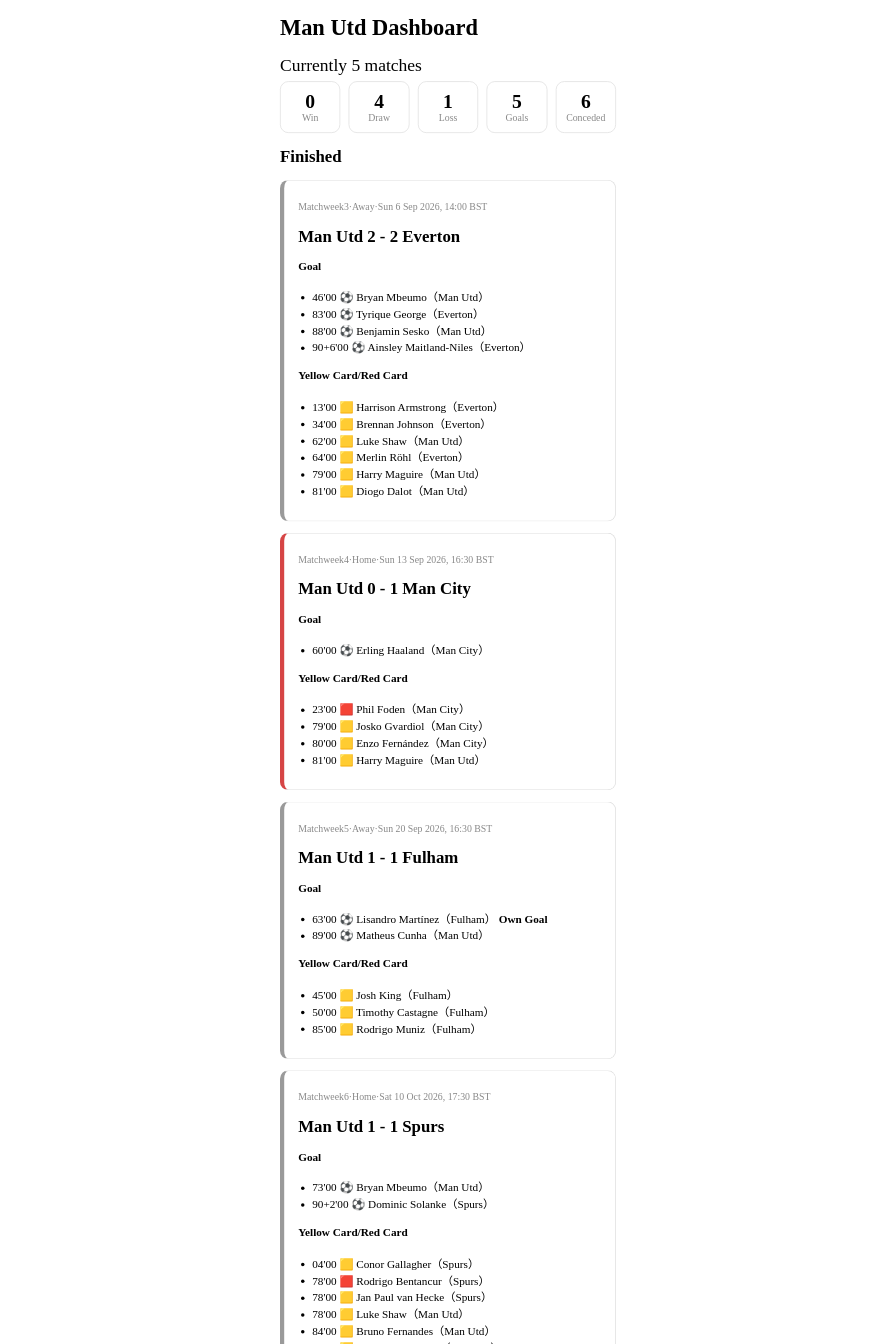
Repository: Chengyu0814/Premier-League-Dashboard
Page: / (app in frontend/)
These files come from the project's save history. The page is drawn as it stood at one moment and after the next save; the edit follows.
The browser window is 1280 px wide. The pictures show the part of the page from y = 0 to 1920 px (the page is 2932 px tall before and 720 px after), at 70% of full size.
The project was rebuilt for these pictures with package versions that can differ from the ones it lists, and the page was loaded fresh each time. Also part of the build but not shown: frontend/vite.config.js.

Above is the page before, as saved 2026-10-27 14:41:40.

### frontend/src/App.jsx
import PremierLeague from'./PremierLeague.jsx';
import "./index.css";

function App() {

  return (
    <>
    <PremierLeague/>
    </>
)
}

export default App

### frontend/src/PremierLeague.jsx
import { useState, useEffect } from 'react'
import MatchCard from './MatchCard.jsx'
import Summary from './Summary.jsx'

function PremierLeague() {

  const [matches, setMatches] = useState([])
  const [loading, setLoading] = useState(true)
  const [error, setError] = useState(null)

  useEffect(() => {
    fetch('/man_utd_summary.json')
      .then((res) => {
        if (!res.ok) throw new Error(`HTTP ${res.status}`)
        return res.json()
      })
      .then((data) => {setMatches(data)})
      .catch((err) => setError(err.message))
      .finally(() => setLoading(false))
    }, [])

  if (loading) return <div className="dashboard"><p>載入中…</p></div>
  if (error) return <div className="dashboard"><p className="error">讀取資料失敗：{error}</p></div>

  const finished = matches.filter((m) => m.status === 'C')
  const upcoming = matches.filter((m) => m.status === 'U')

  return (
    <div className="dashboard">
    <h1>Man Utd Dashboard</h1>
    <Summary matches={finished}/>
     <h2>Finished</h2>
    {finished.map(
      (m) =>(<MatchCard key={m.gameweek} match={m} />)
    )}
    <h2>Upcoming</h2>
    {upcoming.map((m) => <MatchCard key={m.gameweek} match={m} />)}
    </div>
)
}

export default PremierLeague

### frontend/src/index.css
.dashboard {
    max-width: 480px;
    margin: 0 auto;
    padding: 0 16px;
}

.match-card{
    border: 1px solid #ddd;
    border-radius: 12px;
    padding: 16px 20px;
    margin: 16px 0;
    max-width: 480px;
    text-align: left;
}

.match-card.result-W { border-left: 6px solid #2e9e5b; }
.match-card.result-D { border-left: 6px solid #9a9a9a; }
.match-card.result-L { border-left: 6px solid #d64545; }

.match-card .kickoff{
    color: #888;
    font-size: 14px;
}

.match-card ul{
    padding-left: 20px;
}

.summary {
    display: flex;
    gap: 12px;
    max-width: 480px;
}
.stat {
    flex: 1;
    border: 1px solid #ddd;
    border-radius: 12px;
    padding: 12px 0;
    text-align: center;
}
.stat-value {
    font-size: 28px;
    font-weight: bold;
}
.stat-label {
    color: #888;
    font-size: 14px;
}
.match-card.upcoming {
    border-style: dashed;
  }

.match-count {
    color: black;
    font-size: 25px;
    margin-bottom: 8px;
    text-align: left;
}
.error {
  color: #d64545;
}

### frontend/src/MatchCard.jsx
import { getSides, getResult } from './matchUtils.js'

const CARD_LABEL = { Y: '🟨', R: '🟥', YR: '🟨🟥' }

function MatchCard({ match }) {
  const { gameweek, kickoff, status, goals, cards } = match
  const { isHome, us, them } = getSides(match)
  const venue = isHome ? 'Home' : 'Away'

  if (status !== 'C') {
  return (
    <div className="match-card upcoming">
      <p className="kickoff">Matchweek{gameweek}·{venue}·{kickoff}</p>
      <h2>{us.team} vs {them.team}</h2>
    </div>
  )
  }
  const { result } = getResult(match)
  return (
  <div className={`match-card result-${result}`}>
    <p className="kickoff">Matchweek{gameweek}·{venue}·{kickoff}</p>
    <h2>{us.team} {us.score} - {them.score} {them.team}</h2>

    <h4>Goal</h4>
    <ul>
    {goals.map((g, i) => (
      <li key={i}>
        {g.time} ⚽ {g.player}（{g.team}）
        {g.type === 'O' && <strong> Own Goal</strong>}
        {g.type === 'P' && <strong> Penalty</strong>}
      </li>
      ))}

    </ul>
    <h4>Yellow Card/Red Card</h4>
    <ul>
      {cards.map((c, i) => (
        <li key={i}>
          {c.time} {CARD_LABEL[c.card]} {c.player}（{c.team}）
        </li>
    ))}
    </ul>
  </div>
  )
}

export default MatchCard

### frontend/src/Summary.jsx
import { getResult } from './matchUtils.js'

function Summary({ matches }) {
    let win = 0, draw = 0, loss = 0, goalsFor = 0, goalsAgainst = 0

    for (const m of matches) {

        const {us, them, result} = getResult(m)

        goalsFor += us.score
        goalsAgainst += them.score
        if (result==="W") win++
        else if (result==="D") draw++
        else loss++
    }

    const stats = [
        { label: 'Win', value: win },
        { label: 'Draw', value: draw },
        { label: 'Loss', value: loss },
        { label: 'Goals', value: goalsFor },
        { label: 'Conceded', value: goalsAgainst }
    ]

    return (
    <div>
    <div className="match-count">Currently {matches.length} matches</div>
    <div className="summary">
        {stats.map((s) => (
        <div key={s.label} className="stat">
            <div className="stat-value">{s.value}</div>
            <div className="stat-label">{s.label}</div>
        </div>
        ))}
    </div>
    </div>
    )
}

export default Summary

### frontend/src/matchUtils.js
export const TEAM = 'Man Utd'

export function getSides(match) {
    const isHome = match.home.team === TEAM
    const us = isHome ? match.home : match.away
    const them = isHome ? match.away : match.home
    return { isHome, us, them }
}

export function getResult(match) {
    const { us, them } = getSides(match)

    let result = 'D'
    if (us.score > them.score) result = 'W'
    else if (us.score < them.score) result = 'L'

    return { us, them, result }
}

### frontend/public/man_utd_summary.json
[
  {
    "gameweek": 3,
    "kickoff": "Sun 6 Sep 2026, 14:00 BST",
    "status": "C",
    "home": {
      "team": "Everton",
      "score": 2
    },
    "away": {
      "team": "Man Utd",
      "score": 2
    },
    "goals": [
      {
        "time": "46'00",
        "team": "Man Utd",
        "player": "Bryan Mbeumo",
        "type": "G"
      },
      {
        "time": "83'00",
        "team": "Everton",
        "player": "Tyrique George",
        "type": "G"
      },
      {
        "time": "88'00",
        "team": "Man Utd",
        "player": "Benjamin Sesko",
        "type": "G"
      },
      {
        "time": "90+6'00",
        "team": "Everton",
        "player": "Ainsley Maitland-Niles",
        "type": "G"
      }
    ],
    "cards": [
      {
        "time": "13'00",
        "team": "Everton",
        "player": "Harrison Armstrong",
        "card": "Y"
      },
      {
        "time": "34'00",
        "team": "Everton",
        "player": "Brennan Johnson",
        "card": "Y"
      },
      {
        "time": "62'00",
        "team": "Man Utd",
        "player": "Luke Shaw",
        "card": "Y"
      },
      {
        "time": "64'00",
        "team": "Everton",
        "player": "Merlin Röhl",
        "card": "Y"
      },
      {
        "time": "79'00",
        "team": "Man Utd",
        "player": "Harry Maguire",
        "card": "Y"
      },
      {
        "time": "81'00",
        "team": "Man Utd",
        "player": "Diogo Dalot",
        "card": "Y"
      }
    ]
  },
  {
    "gameweek": 4,
    "kickoff": "Sun 13 Sep 2026, 16:30 BST",
    "status": "C",
    "home": {
      "team": "Man Utd",
      "score": 0
    },
    "away": {
      "team": "Man City",
      "score": 1
    },
    "goals": [
      {
        "time": "60'00",
        "team": "Man City",
        "player": "Erling Haaland",
        "type": "G"
      }
    ],
    "cards": [
      {
        "time": "23'00",
        "team": "Man City",
        "player": "Phil Foden",
        "card": "R"
      },
      {
        "time": "79'00",
        "team": "Man City",
        "player": "Josko Gvardiol",
        "card": "Y"
      },
      {
        "time": "80'00",
        "team": "Man City",
        "player": "Enzo Fernández",
        "card": "Y"
      },
      {
        "time": "81'00",
        "team": "Man Utd",
        "player": "Harry Maguire",
        "card": "Y"
      }
    ]
  },
  {
    "gameweek": 5,
    "kickoff": "Sun 20 Sep 2026, 16:30 BST",
    "status": "C",
    "home": {
      "team": "Fulham",
      "score": 1
    },
    "away": {
      "team": "Man Utd",
      "score": 1
    },
    "goals": [
      {
        "time": "63'00",
        "team": "Fulham",
        "player": "Lisandro Martínez",
        "type": "O"
      },
      {
        "time": "89'00",
        "team": "Man Utd",
        "player": "Matheus Cunha",
        "type": "G"
      }
    ],
    "cards": [
      {
        "time": "45'00",
        "team": "Fulham",
        "player": "Josh King",
        "card": "Y"
      },
      {
        "time": "50'00",
        "team": "Fulham",
        "player": "Timothy Castagne",
        "card": "Y"
      },
      {
        "time": "85'00",
        "team": "Fulham",
        "player": "Rodrigo Muniz",
        "card": "Y"
      }
    ]
  },
  {
    "gameweek": 6,
    "kickoff": "Sat 10 Oct 2026, 17:30 BST",
    "status": "C",
    "home": {
      "team": "Man Utd",
      "score": 1
    },
    "away": {
      "team": "Spurs",
      "score": 1
    },
    "goals": [
      {
        "time": "73'00",
        "team": "Man Utd",
        "player": "Bryan Mbeumo",
        "type": "G"
      },
      {
        "time": "90+2'00",
        "team": "Spurs",
        "player": "Dominic Solanke",
        "type": "G"
      }
    ],
    "cards": [
      {
        "time": "04'00",
        "team": "Spurs",
        "player": "Conor Gallagher",
        "card": "Y"
      },
      {
        "time": "78'00",
        "team": "Spurs",
        "player": "Rodrigo Bentancur",
        "card": "R"
      },
      {
        "time": "78'00",
        "team": "Spurs",
        "player": "Jan Paul van Hecke",
        "card": "Y"
      },
      {
        "time": "78'00",
        "team": "Man Utd",
        "player": "Luke Shaw",
        "card": "Y"
      },
      {
        "time": "84'00",
        "team": "Man Utd",
        "player": "Bruno Fernandes",
        "card": "Y"
      },
      {
        "time": "87'00",
        "team": "Man Utd",
        "player": "Lisandro Martínez",
        "card": "Y"
      },
      {
        "time": "90+6'00",
        "team": "Man Utd",
        "player": "Diogo Dalot",
        "card": "Y"
      },
      {
        "time": "90+8'00",
        "team": "Spurs",
        "player": "Archie Gray",
        "card": "Y"
      }
    ]
  },
  {
    "gameweek": 7,
    "kickoff": "Sun 18 Oct 2026, 14:00 BST",
    "status": "C",
    "home": {
      "team": "Leeds",
      "score": 1
    },
    "away": {
      "team": "Man Utd",
      "score": 1
    },
    "goals": [
      {
        "time": "35'00",
        "team": "Man Utd",
        "player": "Bryan Mbeumo",
        "type": "G"
      },
      {
        "time": "51'00",
        "team": "Leeds",
        "player": "Dominic Calvert-Lewin",
        "type": "G"
      }
    ],
    "cards": [
      {
        "time": "17'00",
        "team": "Man Utd",
        "player": "Bruno Fernandes",
        "card": "Y"
      },
      {
        "time": "19'00",
        "team": "Leeds",
        "player": "Gabriel Gudmundsson",
        "card": "Y"
      },
      {
        "time": "90+2'00",
        "team": "Man Utd",
        "player": "Andrey Santos",
        "card": "Y"
      },
      {
        "time": "90+2'00",
        "team": "Leeds",
        "player": "Ethan Ampadu",
        "card": "Y"
      }
    ]
  },
  {
    "gameweek": 8,
    "kickoff": "Sun 25 Oct 2026, 14:00 GMT",
    "status": "U",
    "home": {
      "team": "Man Utd",
      "score": null
    },
    "away": {
      "team": "Bournemouth",
      "score": null
    },
    "goals": [],
    "cards": []
  },
  {
    "gameweek": 9,
    "kickoff": "Sat 31 Oct 2026, 12:30 GMT",
    "status": "U",
    "home": {
      "team": "Chelsea",
      "score": null
    },
    "away": {
      "team": "Man Utd",
      "score": null
    },
    "goals": [],
    "cards": []
  },
  {
    "gameweek": 10,
    "kickoff": "Sun 8 Nov 2026, 16:30 GMT",
    "status": "U",
    "home": {
      "team": "Man Utd",
      "score": null
    },
    "away": {
      "team": "Aston Villa",
      "score": null
    },
    "goals": [],
    "cards": []
  }
]

Loaded but not shown: frontend/index.html (common file); frontend/src/main.jsx (common file)

After the next save:
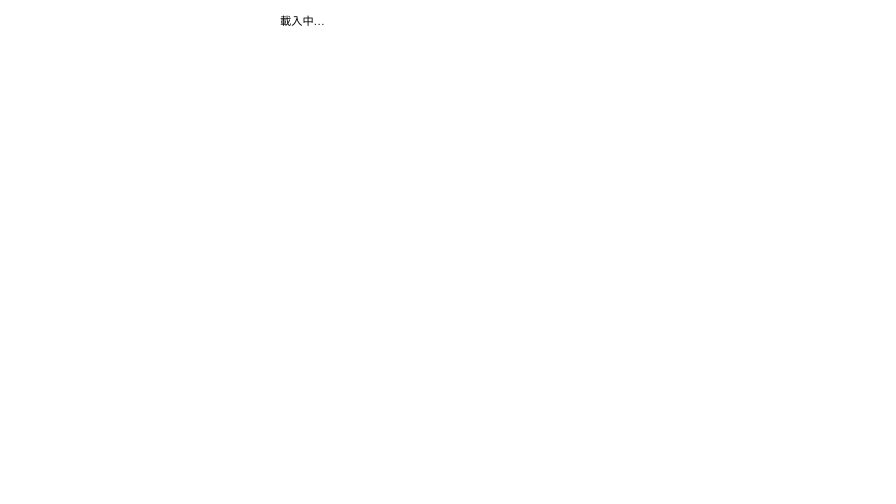
Saved 15 s later.
--- a/frontend/src/PremierLeague.jsx
+++ b/frontend/src/PremierLeague.jsx
@@ -16,7 +16,7 @@
       })
       .then((data) => {setMatches(data)})
       .catch((err) => setError(err.message))
-      .finally(() => setLoading(false))
+      //.finally(() => setLoading(false))
     }, [])
 
   if (loading) return <div className="dashboard"><p>載入中…</p></div>

After the save that followed:
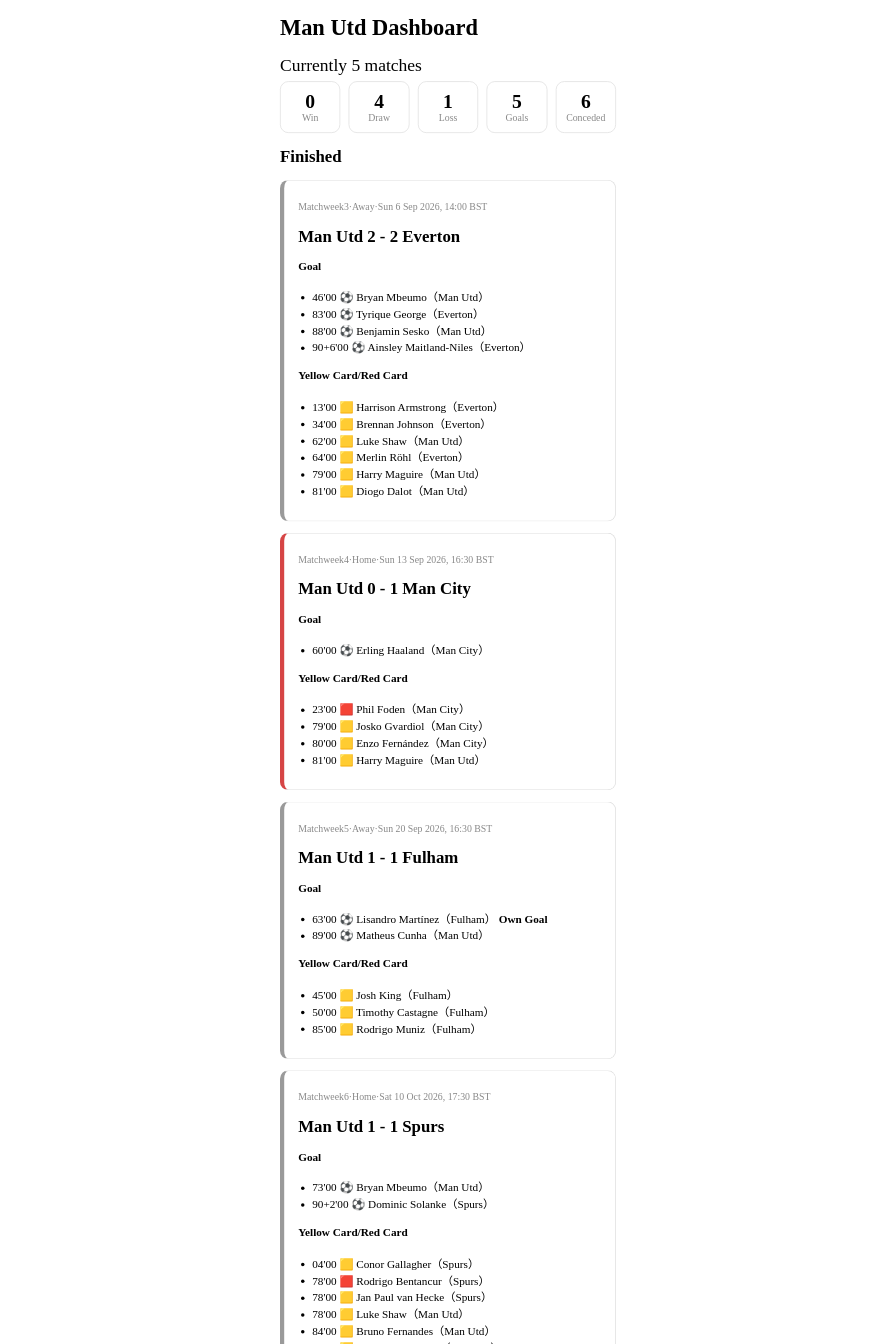
Saved 8 s later.
--- a/frontend/src/PremierLeague.jsx
+++ b/frontend/src/PremierLeague.jsx
@@ -16,7 +16,7 @@
       })
       .then((data) => {setMatches(data)})
       .catch((err) => setError(err.message))
-      //.finally(() => setLoading(false))
+      .finally(() => setLoading(false))
     }, [])
 
   if (loading) return <div className="dashboard"><p>載入中…</p></div>
